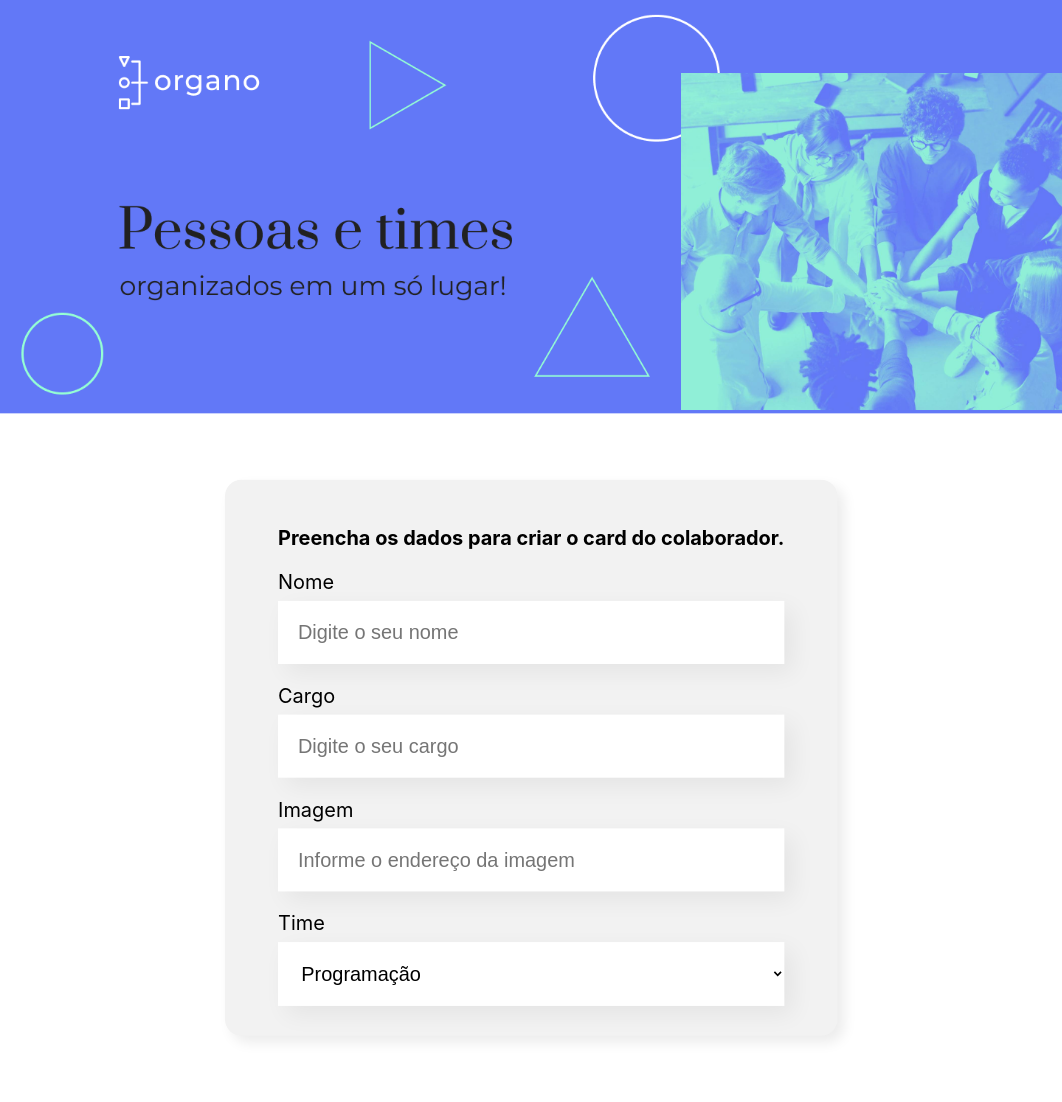
Repository: devMuriloOliveira/organo
Page: /
These files come from the project's save history. The page is drawn as it stood at one moment and after the next save; the edit follows.
The browser window is 1280 px wide. The pictures show the whole page, at 83% of full size.
The project was rebuilt for these pictures with package versions that can differ from the ones it lists, and the page was loaded fresh each time. Also part of the build but not shown: src/componentes/Botao/Botao.css.

Above is the page before, as saved 2023-01-11 17:14:31.

After the next save:
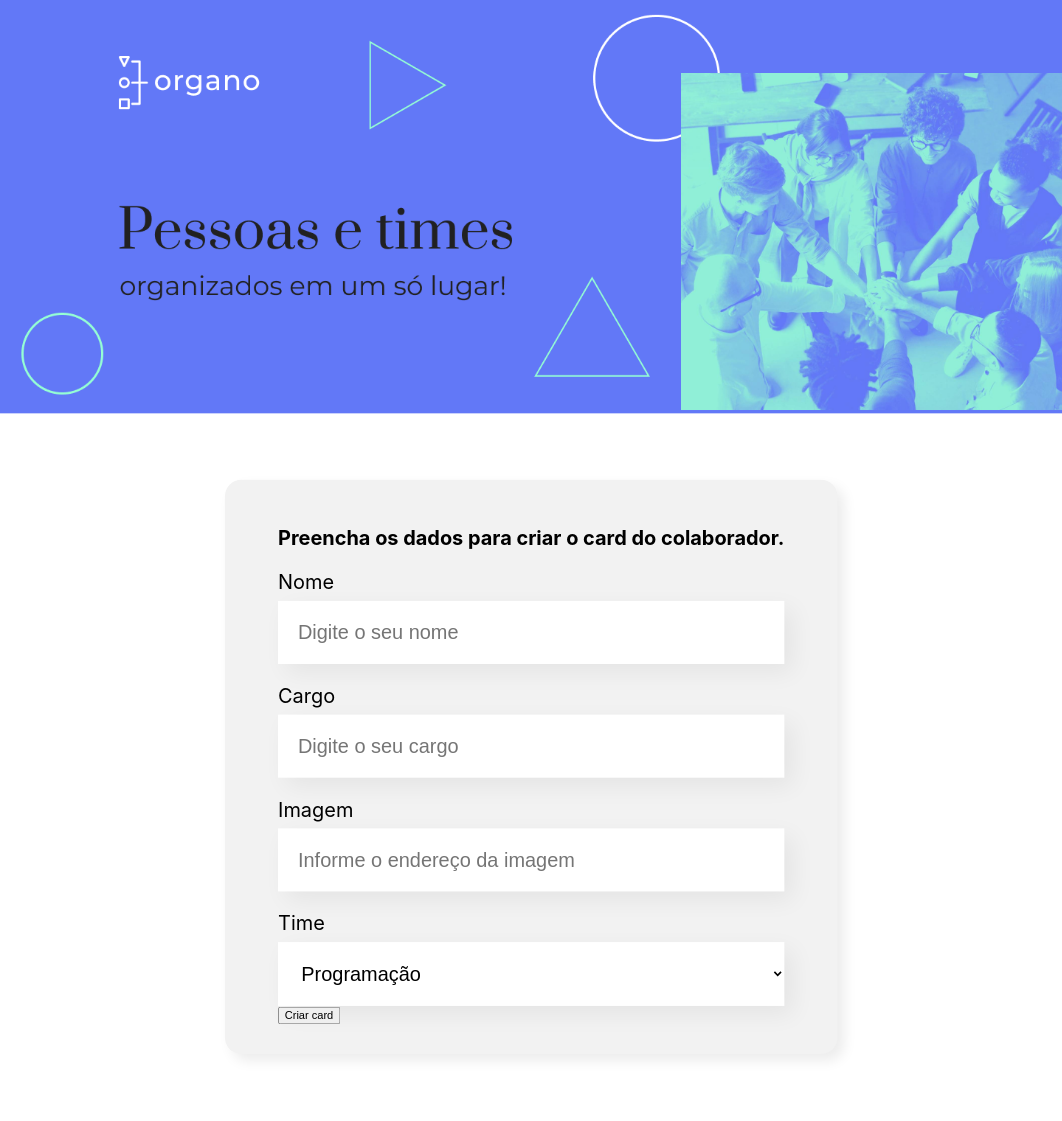
Saved 97 s later.
--- a/src/componentes/Formulario/index.js
+++ b/src/componentes/Formulario/index.js
@@ -1,3 +1,4 @@
+import Botao from '../Botao'
 import CampoTexto from '../CampoTexto'
 import ListaSuspensa from '../ListaSuspensa'
 import './Formulario.css'
@@ -23,6 +24,7 @@ const Formulario = () =>{
       <CampoTexto label="Cargo" placeholder="Digite o seu cargo"/>
       <CampoTexto label="Imagem" placeholder="Informe o endereço da imagem"/>
       <ListaSuspensa label="Time" itens={times}/>
+      <Botao texto="Criar card"/>
       </form>
     </section>
   )
